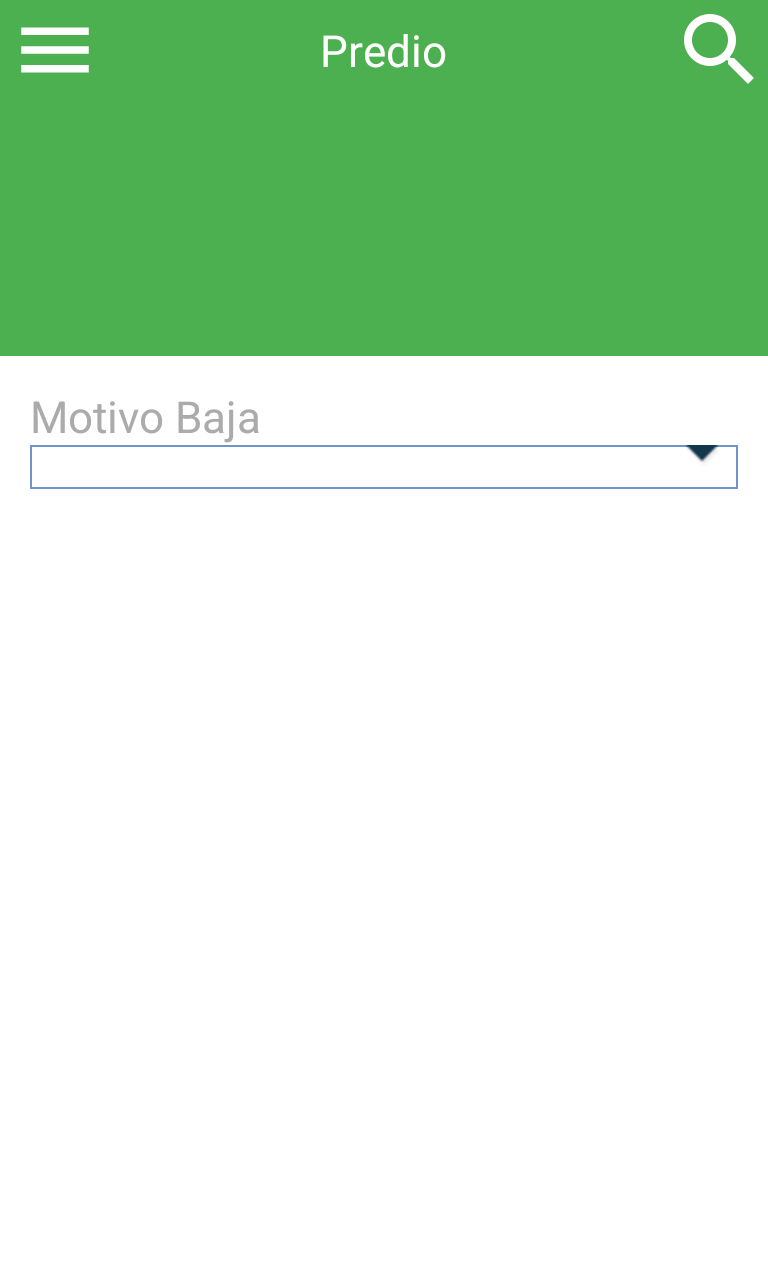
Repository: danielctf/Chilterra
Layout: Proyectos/Animales/res/layout/activity_baja_ganado.xml
An editor plug-in stored every save of this project. The layout is shown before and after the next save, followed by the edit.
It is drawn on a 768 x 1280 px phone screen (xhdpi) without system bars, with theme AppTheme; the app's code is not run.

Above is the layout before, as saved 2015-10-09 16:21:22.

After the next save:
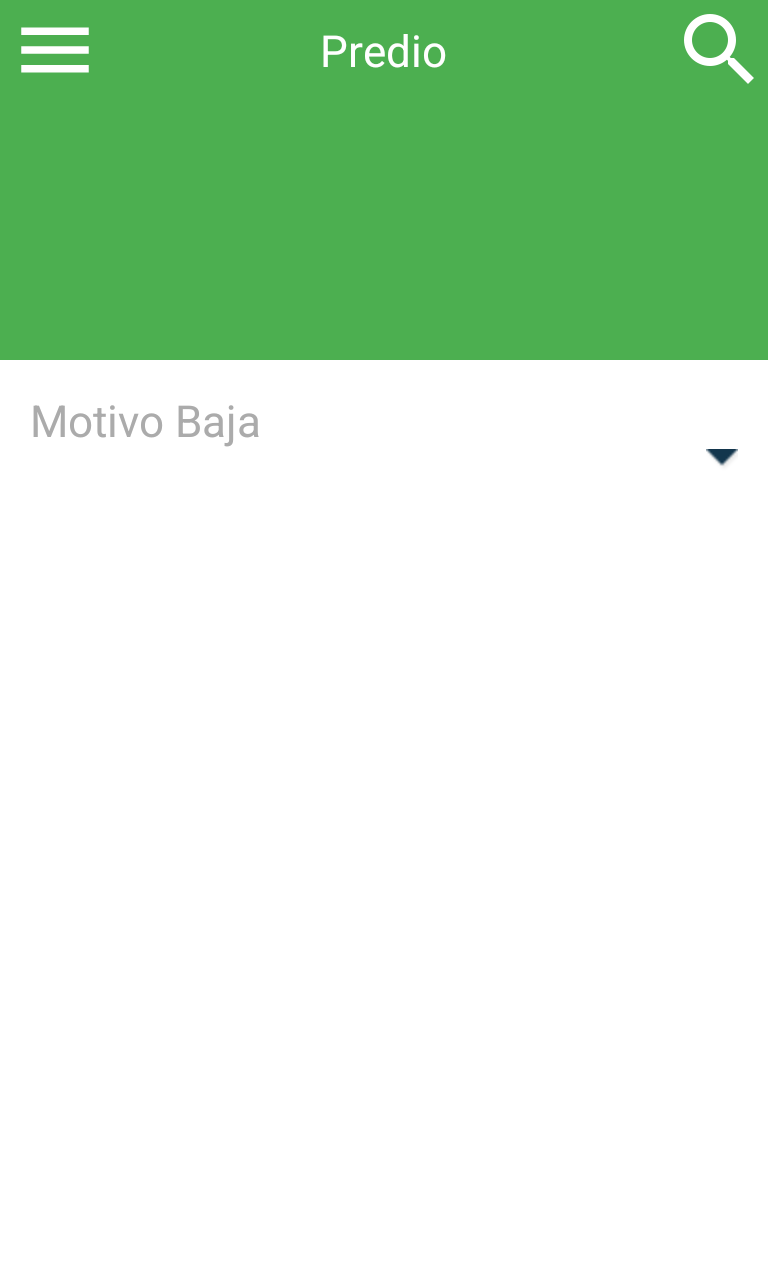
Saved 7 s later.
--- a/Proyectos/Animales/res/drawable/shape_drop_down_normal.xml
+++ b/Proyectos/Animales/res/drawable/shape_drop_down_normal.xml
@@ -1,19 +1,5 @@
 <?xml version="1.0" encoding="utf-8"?>
 <layer-list xmlns:android="http://schemas.android.com/apk/res/android" >
-<item>
-    <shape>
-        <solid android:color="@android:color/transparent" />
-
-        <stroke
-            android:width="1dp"
-            android:color="#6f94c7" />
-
-        <padding
-            android:bottom="10dp"
-            android:left="2dp"
-            android:right="10dp" />
-    </shape>
-</item>
 <item>
     <bitmap
         android:gravity="end"
